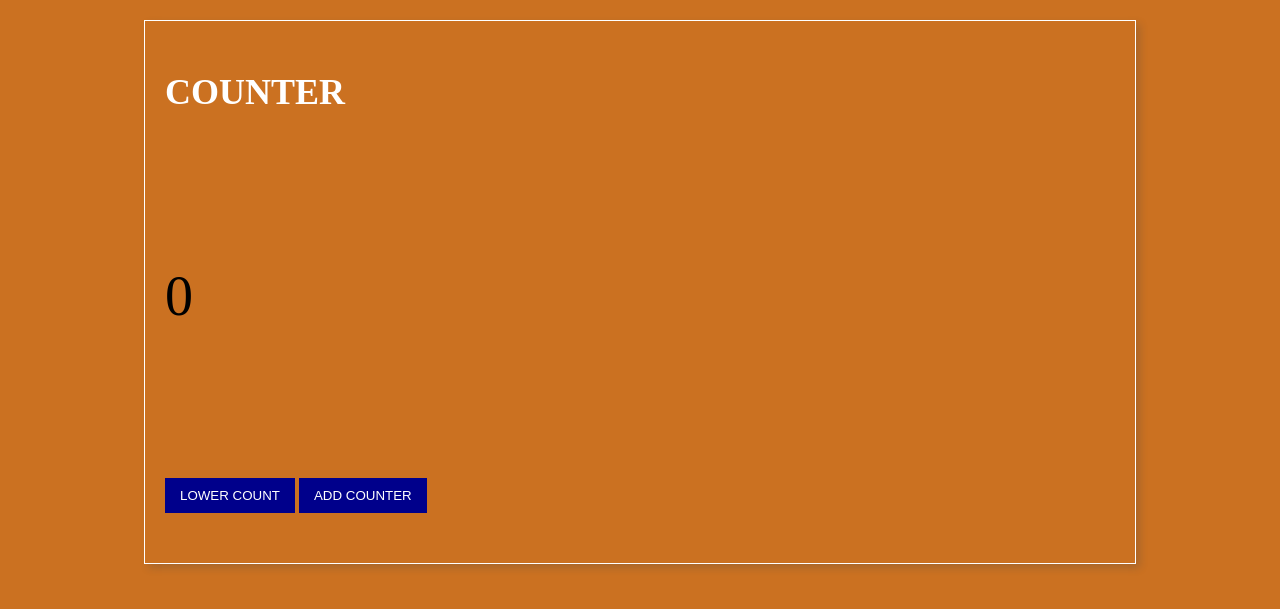
Repository: lusine-tech/counter
Page: index.html
The author's editor kept a copy of each file at every save. The page is drawn from the files as they stood at one save, then again after a run of saves.
The browser window is 1280 px wide. The pictures show the whole page.

Above is the page before, as saved 2022-02-14 17:09:20.

### index.html
<!DOCTYPE html>
<html lang="en">
<head>
    <meta charset="UTF-8">
    <meta http-equiv="X-UA-Compatible" content="IE=edge">
    <meta name="viewport" content="width=device-width, initial-scale=1.0">
    <link rel="stylesheet" href="style.css">
    <title>counter</title>
</head>
<body>
    <section class="background">
        <div class="block">
            <h3 class="title">Counter</h3>
            <p class="num">0</p>
    <div class="buttons">
       <button class="btn" id="btn-left">lower count</button>
       <button class="btn" id="btn-right">add Counter</button>
    </div>
    </div>
    </section>
   <script src="/script.js"></script>
</body>
</html>

### style.css
*{
    margin: 0;
    padding: 0;
    box-sizing: border-box;
}

.background {
    height: 100vh;
    width: 100vw;
    background-color: #cb7121;
    display: flex;
   justify-content: center;
   padding: 20px;
}

.block {
    display: flex;
    justify-content: space-between;
    flex-direction: column;

    height: 80%;
    width: 80%;
    border: 1px solid #fff;
    padding: 50px 20px;
    -webkit-box-shadow: 4px 4px 8px 0px rgba(34, 60, 80, 0.2);
-moz-box-shadow: 4px 4px 8px 0px rgba(34, 60, 80, 0.2);
box-shadow: 4px 4px 8px 0px rgba(34, 60, 80, 0.2);
}
.title {
    color: #fff;
    font-size: 36px;
    text-transform: uppercase;
}
.num {
    font-size: 56px;
}
.btn {
    padding: 10px 15px;
    color: #fff;
        cursor: pointer;
    transition: 0.5s ease;
    border: none;
    outline: none;
    background-color: #00008B;
    text-transform: uppercase;
}

Loaded but not shown: script.js (no copy from this time; the picture is the same without it)

After the next 3 saves:
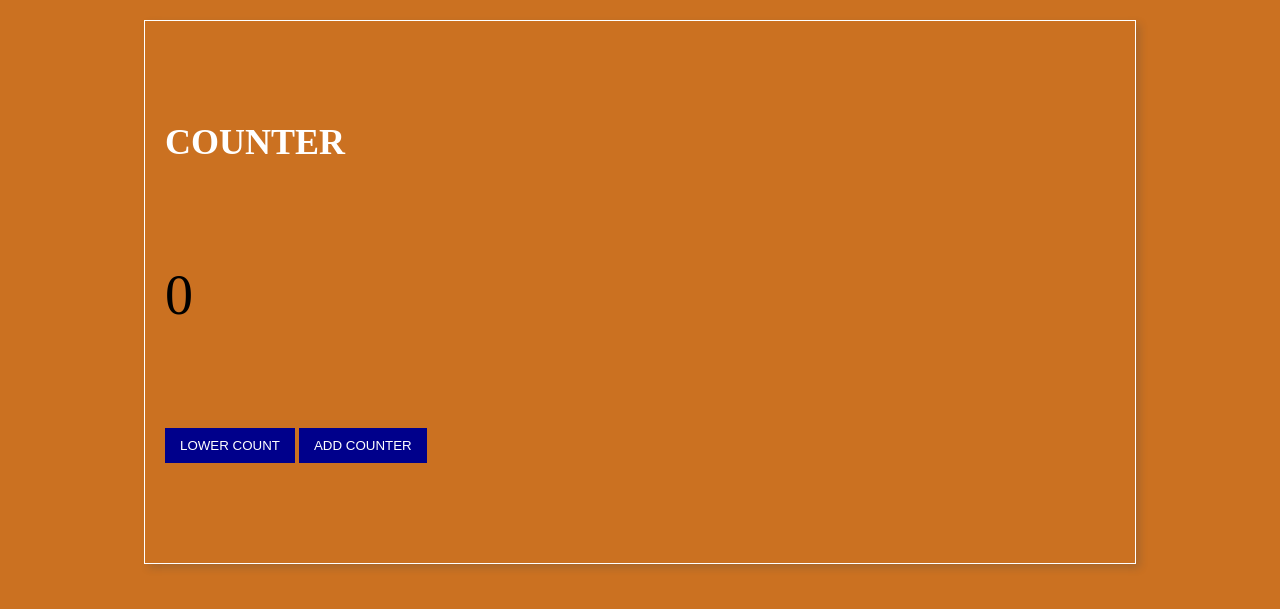
The 3 saves are shown as one change because they came seconds apart.
The last was saved 13 s later.
--- a/style.css
+++ b/style.css
@@ -15,7 +15,7 @@
 
 .block {
     display: flex;
-    justify-content: space-between;
+    justify-content: space-around;
     flex-direction: column;
 
     height: 80%;
